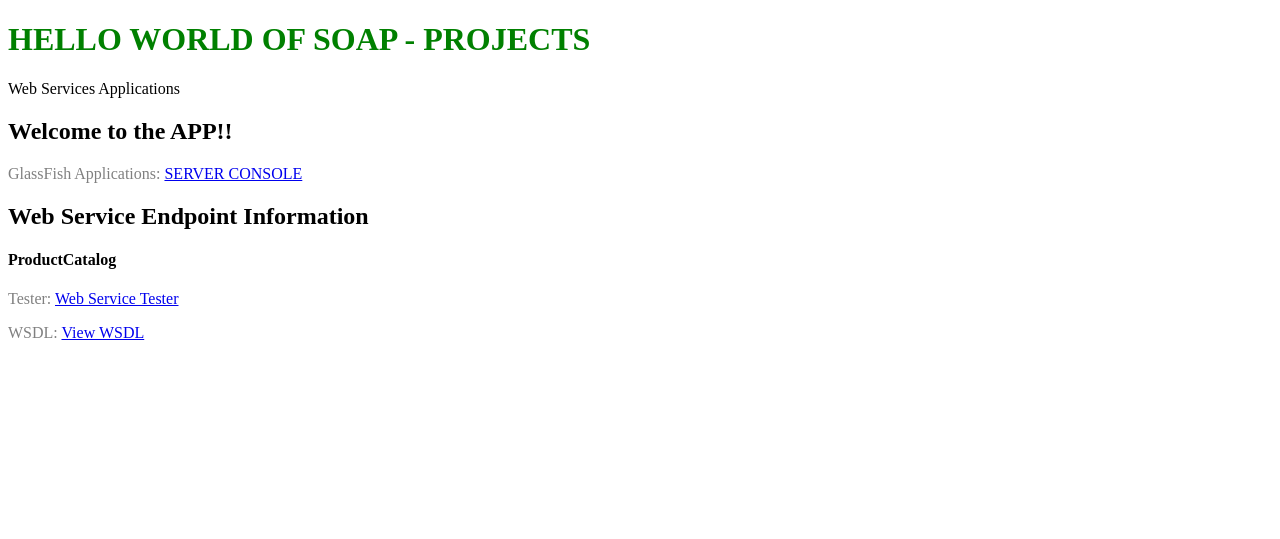
Repository: atafs/BackEnd_JAX-JAX-WS_SOAP
Page: http://localhost/Project_004_SOAP_server_TypesAndBinding/
An editor plug-in stored every save of this project. The page is shown before and after the next save, followed by the edit.
The browser window is 1280 px wide. The pictures show the whole page.
The page is served by Tomcat 9.

Above is the page before, as saved 2016-01-26 16:16:17.

After the next save:
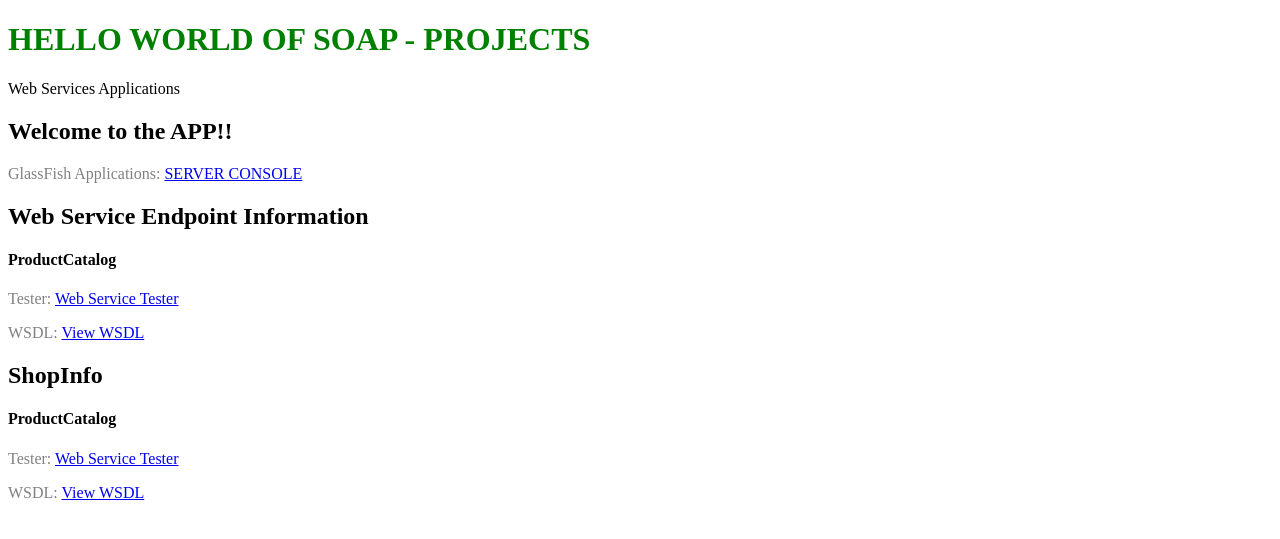
Saved 7 min 45 s later.
--- a/Project_004_SOAP_server_TypesAndBinding/WebContent/index.jsp
+++ b/Project_004_SOAP_server_TypesAndBinding/WebContent/index.jsp
@@ -22,5 +22,12 @@
 	<h4>ProductCatalog</h4>
 	<p style="color:gray;">Tester: <a href="http://atafs:9090/Project_004_SOAP_server_TypesAndBinding/ShopInfoService?Tester">Web Service Tester</a></p>
 	<p style="color:gray;">WSDL: <a href="http://atafs:9090/Project_004_SOAP_server_TypesAndBinding/ShopInfoService?wsdl">View WSDL</a></p>
+
+	<h2>ShopInfo</h2>
+	<h4>ProductCatalog</h4>
+	<p style="color:gray;">Tester: <a href="http://atafs:9090/Project_004_SOAP_server_TypesAndBinding/ShopInfoService?Tester">Web Service Tester</a></p>
+	<p style="color:gray;">WSDL: <a href="http://atafs:9090/Project_004_SOAP_server_TypesAndBinding/ShopInfoService?wsdl">View WSDL</a></p>
+
+
 </body>
 </html>
